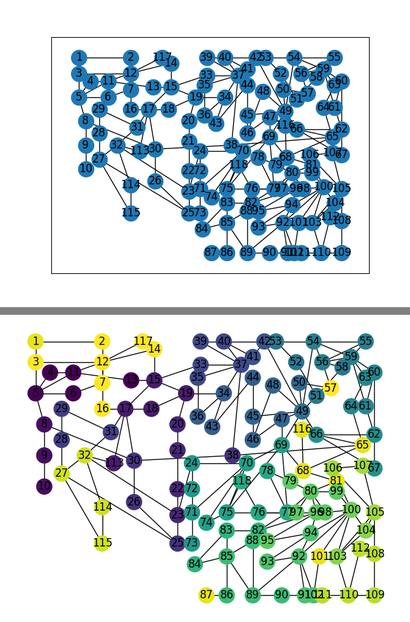
Repository: AyresNishio/Segmenta--o-118-barras
Script's output: python test_clustering.py
These files come from the project's save history. The script's output is drawn as it stood at one moment and after the next save; the edit follows.
The pictures are shown at 64% of full size.
Each picture stacks the figures in order, with grey between them; figures that are only written to a file come last. Random numbers start from a fixed seed.

Above is the script's output before, as saved 2021-09-20 23:10:46.

After the next save:
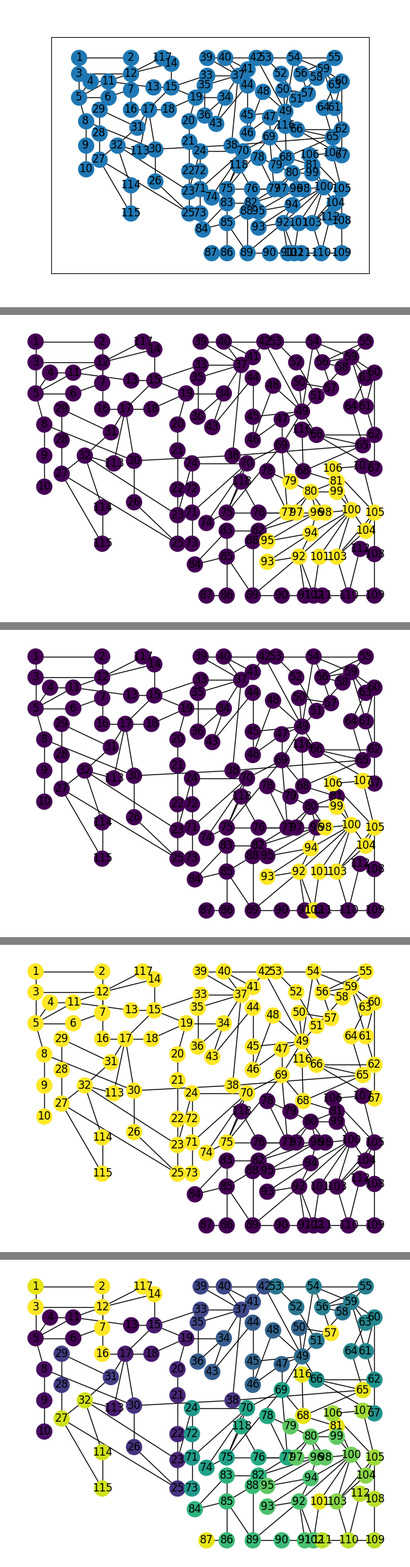
Saved 79 s later.
--- a/test_clustering.py
+++ b/test_clustering.py
@@ -196,11 +196,16 @@ for model in algorithms.values():
 print("Models Fitted")
 
 #K-Means
+nx.draw(G,coord,with_labels = True, node_color=list(algorithms['kmeans'].labels_))
+plt.show()
 
 #Agglomerative Clustering
+nx.draw(G,coord,with_labels = True, node_color=list(algorithms['agglom'].labels_))
+plt.show()
 
 #Spectral Clustering
-
+nx.draw(G,coord,with_labels = True, node_color=list(algorithms['spectral'].labels_))
+plt.show()
 
 #Affinity
 nx.draw(G,coord,with_labels = True, node_color=list(algorithms['affinity'].labels_))
